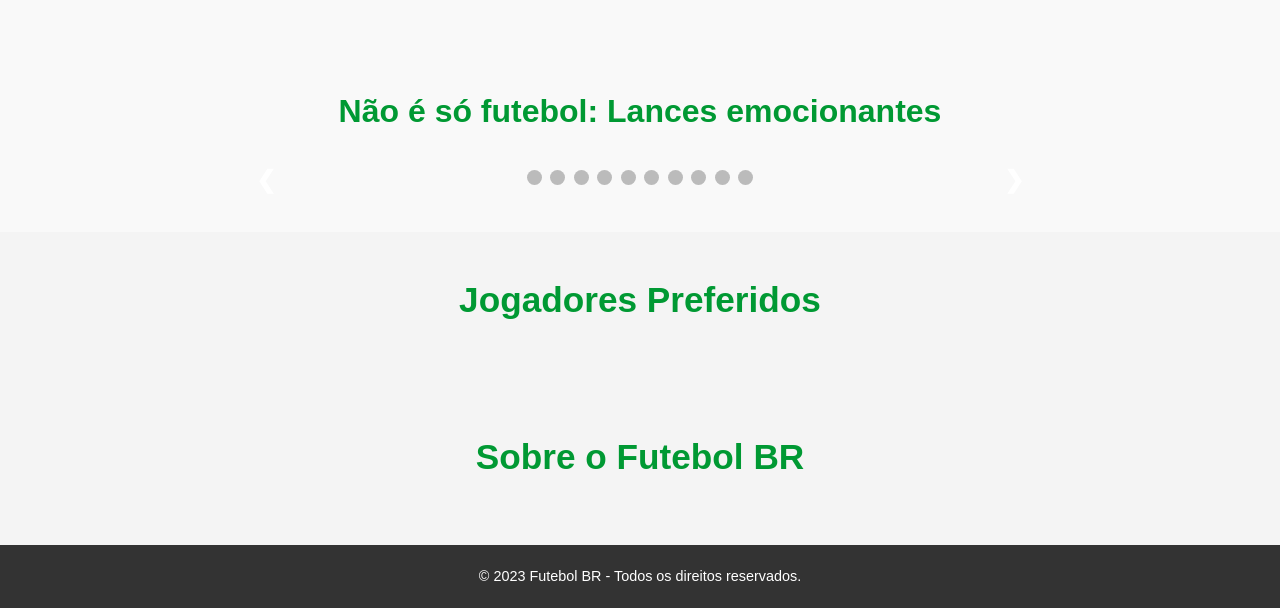
Repository: douglasabnovato/futebol-br
Page: index.html
The author's editor kept a copy of each file at every save. The page is drawn from the files as they stood at one save, then again after the next save.
The browser window is 1280 px wide. The pictures show the part of the page from y = 4176 to 4784 px (the page is 4784 px tall).
A picture or video elsewhere on the page could not be fetched, so the positions and the page height are approximate.

Above is the page before, as saved 2025-04-13 18:48:57.

After the next save:
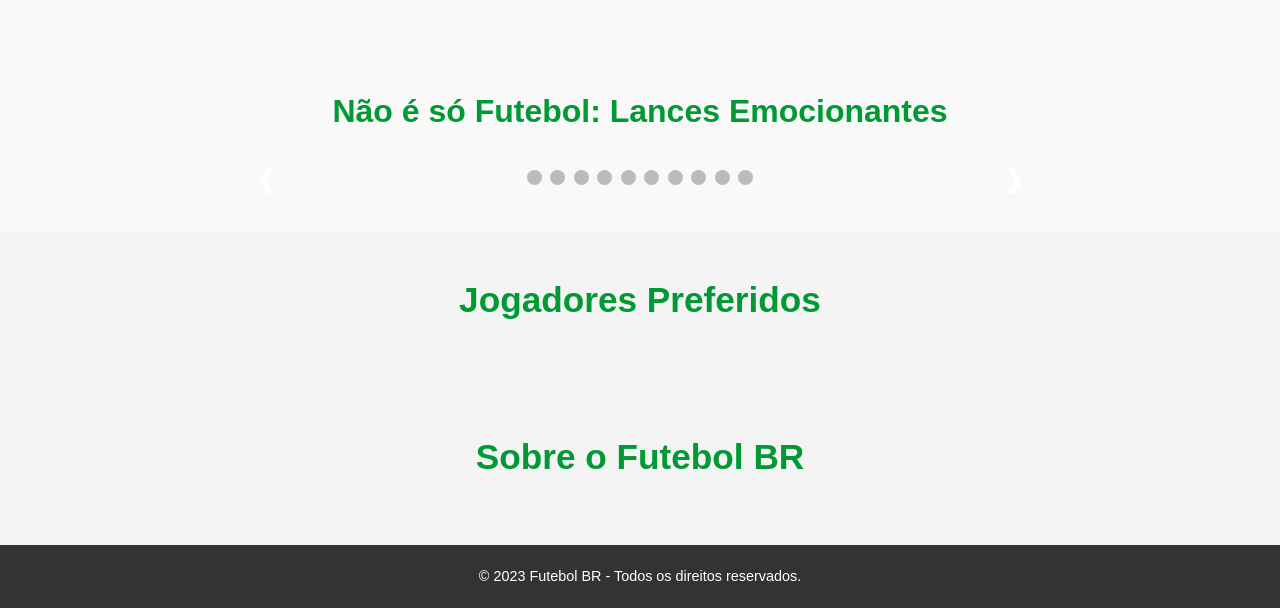
Saved 36 s later.
--- a/index.html
+++ b/index.html
@@ -315,7 +315,7 @@
 
       <section id="jogos-historicos-slideshow" class="section">
         <div class="container">
-          <h2>Não é só futebol: Lances emocionantes</h2>
+          <h2>Não é só Futebol: Lances Emocionantes</h2>
           <div class="slideshow-container">
             <div class="slide fade">
               <img
